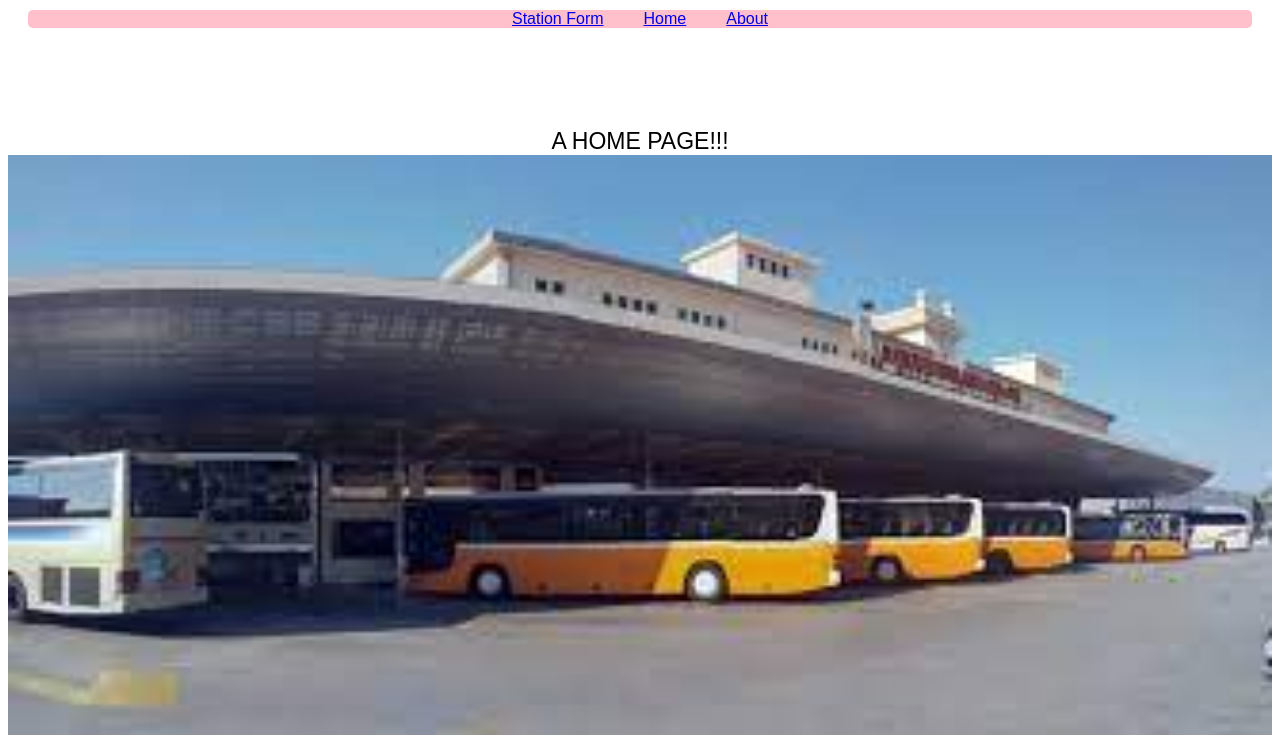
Repository: rutsguifd/mkr2
Page: /
These files come from the project's save history. The page is drawn as it stood at one moment and after the next save; the edit follows.
The browser window is 1280 px wide. The pictures show the whole page.
The project was rebuilt for these pictures with package versions that can differ from the ones it lists, and the page was loaded fresh each time. Also part of the build but not shown: src/views/About.vue, src/components/FavoriteTrips.vue, src/components/AddTrip.vue, src/components/TripCard.vue, src/views/StationForm.vue.

Above is the page before, as saved 2021-12-21 22:28:07.

After the next save:
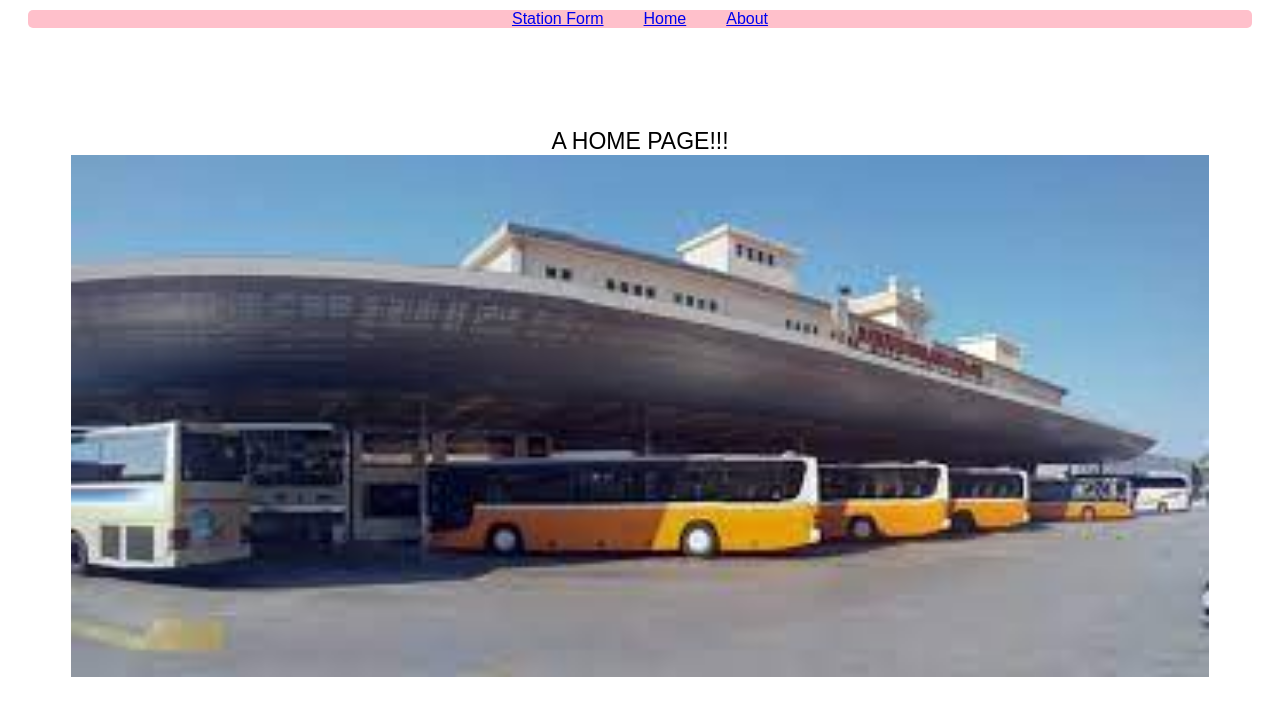
Saved 6 s later.
--- a/src/views/Home.vue
+++ b/src/views/Home.vue
@@ -32,7 +32,7 @@ div {
   }
   text-align: center;
   img{
-    width: 100%;
+    width: 90%;
   }
 }
 </style>
